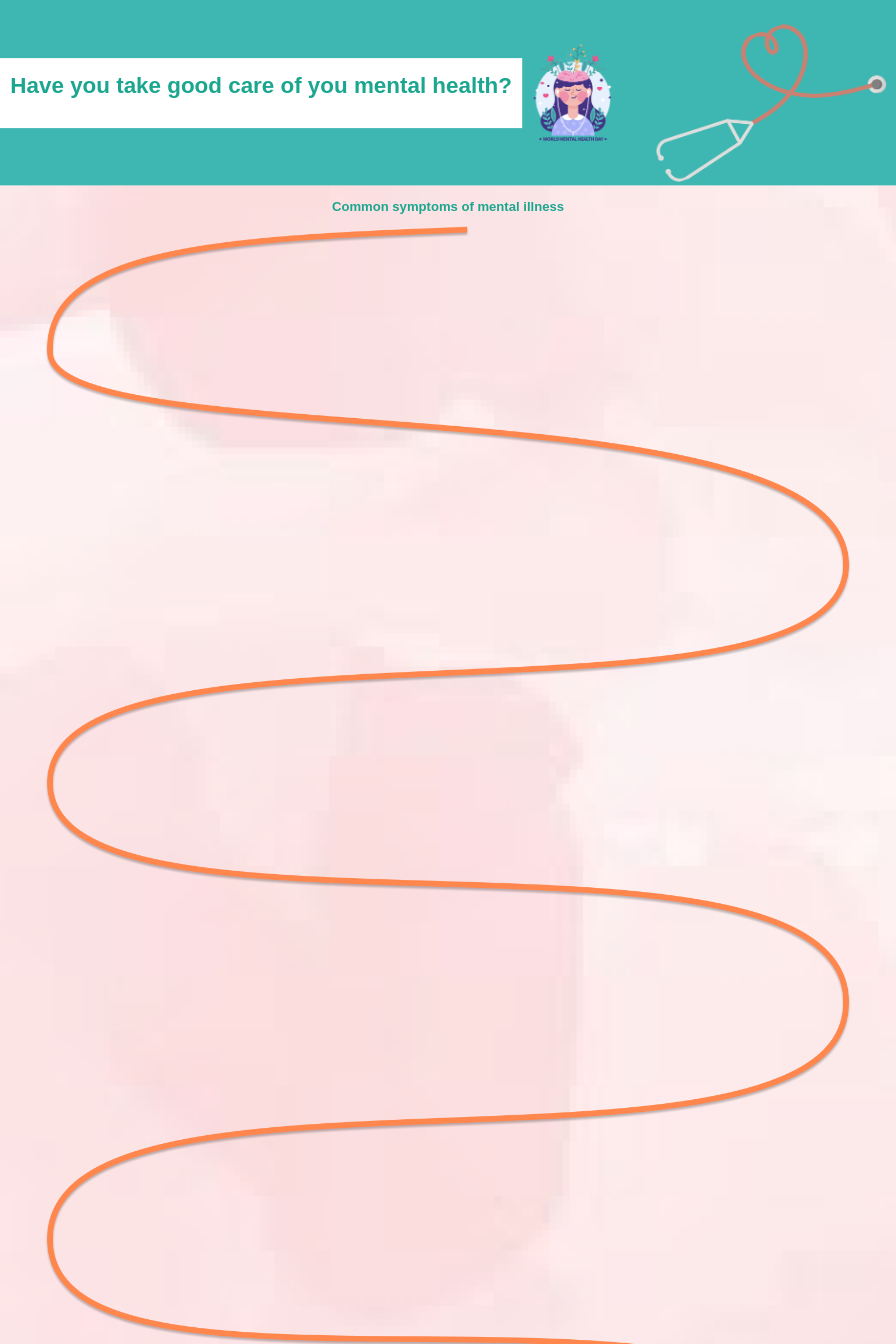
Repository: zzs1/2109-Dynamic-Content-Project
Page: Shin_code/index.html
An editor plug-in stored every save of this project. The page is shown before and after a run of saves, followed by the edit.
The browser window is 1280 px wide. The pictures show the part of the page from y = 0 to 1920 px (the page is 2895 px tall), at 70% of full size.
Some web fonts or font styles are not loaded; a fallback is used.

Above is the page before, as saved 2021-03-09 00:12:51.

After the next 2 saves:
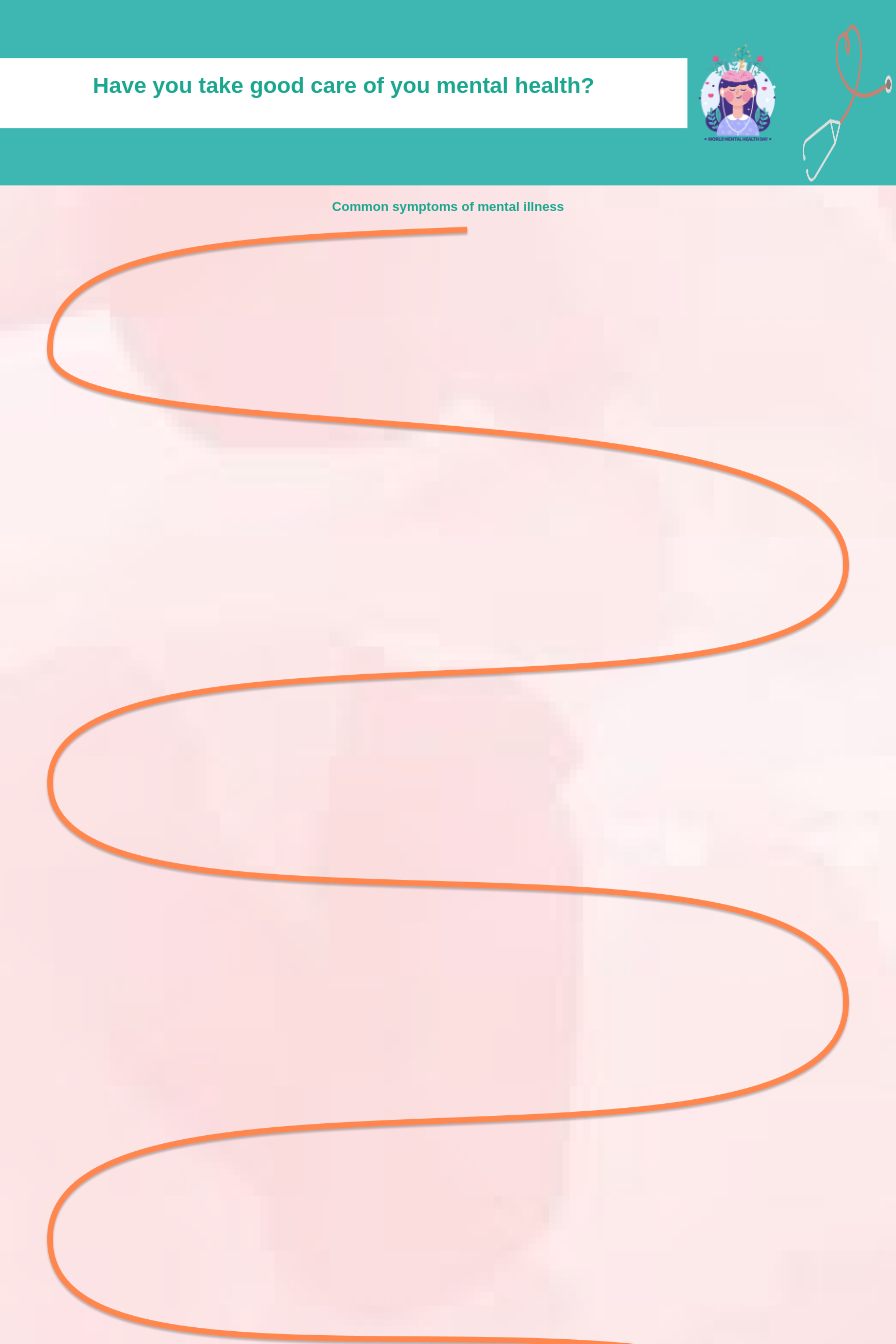
The 2 saves are shown as one change because they came seconds apart.
The last was saved 10 s later.
--- a/Shin_code/index.css
+++ b/Shin_code/index.css
@@ -89,7 +89,7 @@ top: 400px;
 .sideimg{
 right: -11px;
 top: 400px;
-width: 529px;
+width: 150px;
 height: 265px;
 }
 .arrow{
